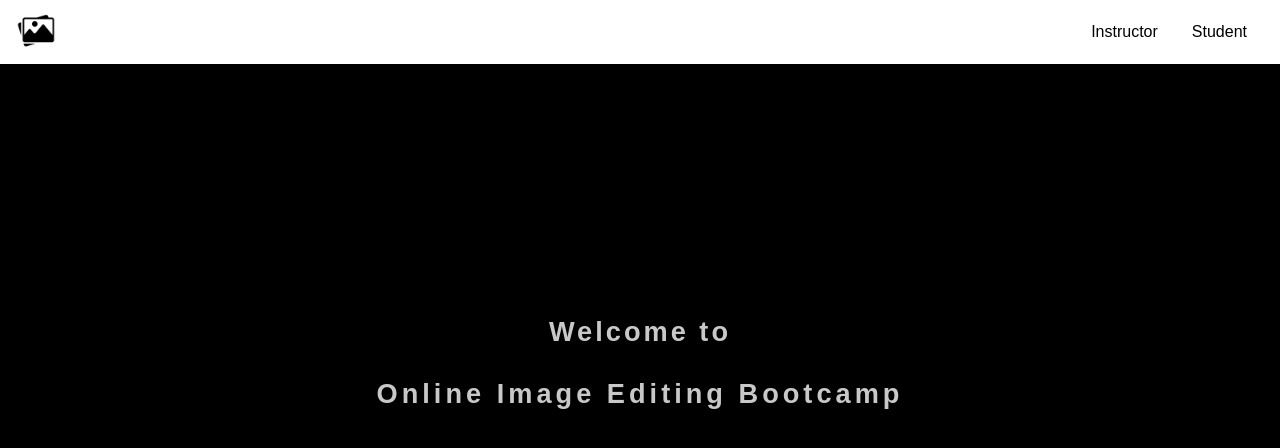
Repository: TanviSanyal/ImageEditingBootcamp
Page: /
The author's editor kept a copy of each file at every save. The page is drawn from the files as they stood at one save, then again after the next save.
The browser window is 1280 px wide. The pictures show the whole page.
The project was rebuilt for these pictures with package versions that can differ from the ones it lists, and the page was loaded fresh each time. Also part of the build but not shown: src/shared/components/navigation/SideDrawer.css, src/shared/components/UIElements/Backdrop.css, src/shared/components/UIElements/Backdrop.js.

Above is the page before, as saved 2020-09-27 00:30:08.

### public/index.html
<!DOCTYPE html>
<html lang="en">
  <head>
    <meta charset="utf-8" />
    <link rel="icon" href="%PUBLIC_URL%/favicon.ico" />
    <meta name="viewport" content="width=device-width, initial-scale=1" />
    <meta name="theme-color" content="#000000" />
    <meta
      name="description"
      content="Web site created using create-react-app"
    />
    <link rel="apple-touch-icon" href="%PUBLIC_URL%/logo192.png" />
    <link rel="manifest" href="%PUBLIC_URL%/manifest.json" />
    <title>React App</title>
  </head>
  <body>
    <noscript>You need to enable JavaScript to run this app.</noscript>
    <div id="backdrop-hook"></div>
    <div id="modal-hook"></div>
    <div id="drawer-hook"></div>
    <div id="root"></div>
  </body>
</html>

### src/index.css
@import url('https://fonts.googleapis.com/css?family=Open+Sans:400,700&display=swap');

* {
  box-sizing: border-box;
}

html {
  font-family:Arial, Helvetica, sans-serif;
	font-weight:normal;
}

body {
  margin: 0;
  background: black;
}

### src/App.js
import React from 'react';
import {
  BrowserRouter as Router,
  Route,
  Redirect,
  Switch
} from 'react-router-dom';
import './App.css'
import MainNavigation from '../src/shared/components/navigation/MainNavigation';


const App = () => {

  // <Switch>
  //   <Route path="/" exact>
  //     {/* <Users /> */}
  //   </Route>
  //   <Route path="/:userId/places" exact>
  //     {/* <UserPlaces /> */}
  //   </Route>
  //   <Route path="/places/new" exact>
  //     {/* <NewPlace /> */}
  //   </Route>
  //   <Route path='/places/:placeId'>
  //     {/* <UpdatePlace /> */}
  //   </Route>
  //   <Redirect to="/" />
  // </Switch>

  return (
    <Router>
      <MainNavigation />
      <main className="main-body">
        <p className="text1">Welcome to</p>
        <p className="text2"> Online Image Editing Bootcamp</p>
      </main>
    </Router>
  );
};

export default App;

### src/App.css

.main-body{
  text-align: center;
  padding-top: 29vh;
  padding-left: 3%;
  padding-right: 3%;
}

.text1{
  color:rgb(200,200,200);
  font-size: 170%;
  letter-spacing: 3PX;
  font-weight: 700;
  animation: text 3s 1;
}
.text2{
  color: rgb(200,200,200);
  font-size: 170%;
  letter-spacing: 4PX;
  line-height: 37PX;
  font-weight: 700;
}

@keyframes text{
  0%{
    color: black;
    margin-bottom: -40px;
  }
  30%{
    letter-spacing: 20px;
    /* margin-bottom: -40px; */
  }

}

### src/shared/components/navigation/MainNavigation.js
import React, { useState } from 'react';
import { Link } from 'react-router-dom';
import logo from '../../../../src/images/image.jpg';

import MainHeader from './MainHeader';
import NavLinks from './NavLinks';
import SideDrawer from './SideDrawer';
import Backdrop from '../UIElements/Backdrop';
import './MainNavigation.css';

const MainNavigation = props => {
  const [drawerIsOpen, setDrawerIsOpen] = useState(false);

  const openDrawerHandler = () => {
    setDrawerIsOpen(true);
  };

  const closeDrawerHandler = () => {
    setDrawerIsOpen(false);
  };

  return (
    <React.Fragment>
      {drawerIsOpen && <Backdrop onClick={closeDrawerHandler} />}
      <SideDrawer show={drawerIsOpen} onClick={closeDrawerHandler}>
        <nav className="main-navigation__drawer-nav">
          <NavLinks />
        </nav>
      </SideDrawer>

      <MainHeader>
        <button className="main-navigation__menu-btn" onClick={openDrawerHandler}>
          <span />
          <span />
          <span />
        </button>
        <span className="main-navigation__title">
        <a href="/"><img src={logo}/></a>
        </span>
        <nav className="main-navigation__header-nav">
          <NavLinks />
        </nav>
      </MainHeader>
    </React.Fragment>
  );
};

export default MainNavigation;

### src/shared/components/navigation/MainHeader.js
import React from 'react';

import './MainHeader.css';

const MainHeader = props => {
  return <header className="main-header">{props.children}</header>;
};

export default MainHeader;

### src/shared/components/navigation/NavLinks.js
import React,{useContext} from 'react';
import './NavLinks.css';
import {NavLink} from 'react-router-dom';
// import {AuthContext} from '../../context/auth-context';

const NavLinks = props => {

    // const auth = useContext(AuthContext);
    return(
        <ul className="nav-links">
            <li>
                <NavLink to="/" exact>Instructor</NavLink>
            </li>
           <li>
                <NavLink to="/u1/places">Student</NavLink>
            </li>
        </ul>
    );
};

export default NavLinks;

### src/shared/components/navigation/MainNavigation.css
.main-navigation__menu-btn {
    width: 3rem;
    height: 3rem;
    background: transparent;
    border: none;
    display: flex;
    flex-direction: column;
    justify-content: space-around;
    margin-right: 2rem;
    cursor: pointer;
  }

  .main-navigation__menu-btn span {
    display: block;
    width: 3rem;
    height: 2.5px;
    background: white;
  }


  .main-navigation__header-nav {
    display: none;
  }

  .main-navigation__drawer-nav {
    height: 100%;
  }
  img{
    height:20%;
    width: 20%;
  }

  @media (min-width: 768px) {
    .main-navigation__menu-btn {
      display: none;
    }

    .main-navigation__header-nav {
      display: block;
    }
  }

### src/shared/components/navigation/MainHeader.css
.main-header {
    width: 100%;
    height: 4rem;
    display: flex;
    align-items: center;
    position: fixed;
    top: 0;
    left: 0;
    background: white;
    box-shadow: 0 2px 6px rgba(0, 0, 0, 0.26);
    padding: 0 1rem;
    z-index: 5;
  }

  main {
    margin-top: 5rem;
  }

  @media (min-width: 768px) {
    .main-header {
      justify-content: space-between;
    }
  }

### src/shared/components/navigation/NavLinks.css
.nav-links {
    list-style: none;
    margin: 0;
    padding: 0;
    width: 100%;
    height: 100%;
    display: flex;
    flex-direction: column;
    justify-content: center;
    align-items: center;
  }

  .nav-links li {
    margin: 1rem;
  }

  .nav-links a {
    border: 1px solid transparent;
    color: #292929;
    text-decoration: none;
    padding: 0.5rem;
  }

  .nav-links a:hover,
  .nav-links a:active {
    background: black;
    border-color: #292929;
    color: white;
  }

  .nav-links button {
    cursor: pointer;
    border: 1px solid #292929;
    color: #292929;
    background: transparent;
    padding: 0.5rem;
    font: inherit;
  }

  .nav-links button:focus {
    outline: none;
  }

  .nav-links button:hover,
  .nav-links button:active {
    background: #292929;
    color: black;
  }

  @media (min-width: 768px) {
    .nav-links {
      flex-direction: row;
    }

    .nav-links li {
      margin: 0 0.5rem;
    }

    .nav-links a {
      color: black;
      text-decoration: none;
    }

    .nav-links button {
      border: 1px solid white;
      color: white;
      background: transparent;
    }

    .nav-links button:hover,
    .nav-links button:active {
      background: black;
      color: #292929;
    }
  }

Loaded but not shown: src/index.js (common file); src/shared/components/navigation/SideDrawer.js (common file)

After the next save:
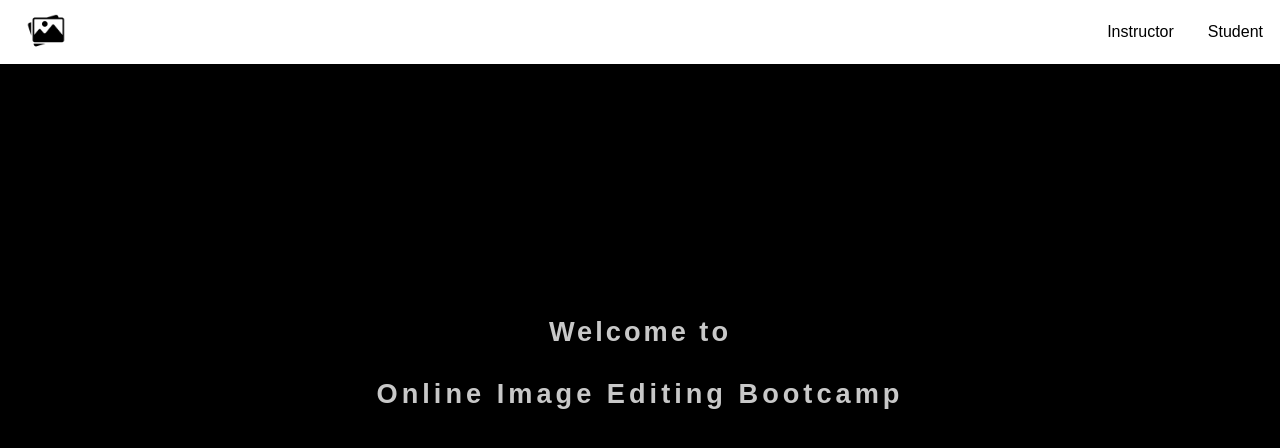
Saved 5 min 4 s later.
--- a/src/shared/components/navigation/MainHeader.css
+++ b/src/shared/components/navigation/MainHeader.css
@@ -8,8 +8,8 @@
     left: 0;
     background: white;
     box-shadow: 0 2px 6px rgba(0, 0, 0, 0.26);
-    padding: 0 1rem;
-    z-index: 5;
+    padding-left: 2%;
+
   }
 
   main {
